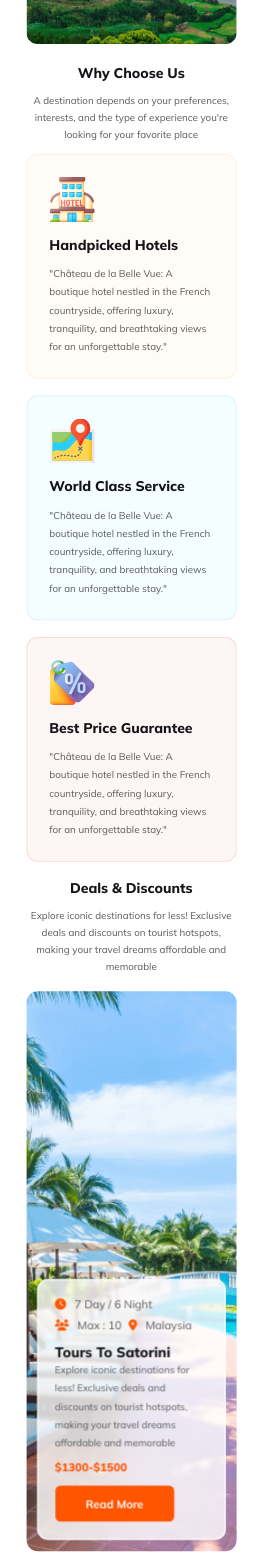
Repository: ShouravAhammed/Assignment-2
Page: index.html
These files come from the project's save history. The page is drawn as it stood at one moment and after the next save; the edit follows.
The browser window is 375 px wide. The pictures show the part of the page from y = 4260 to 6500 px (the page is 8802 px tall), at 70% of full size.
Some web libraries are served in a nearby version.

Above is the page before, as saved 2024-01-16 19:11:50.

After the next save:
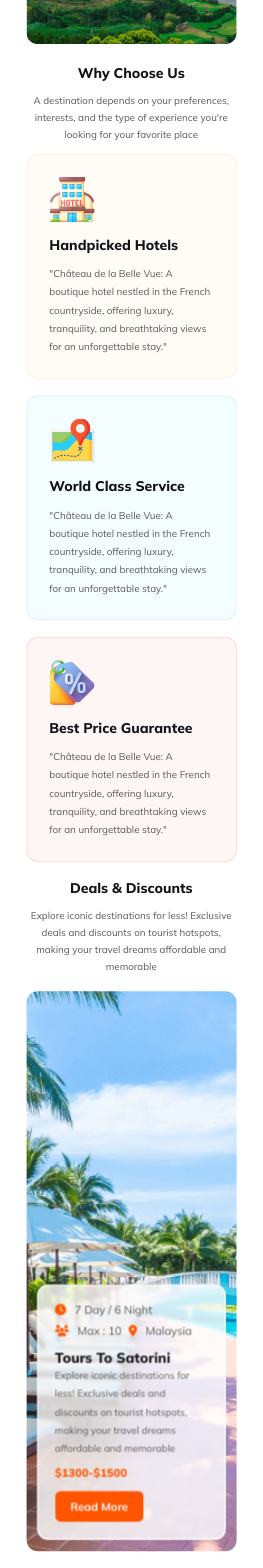
Saved 65 s later.
--- a/styles/style.css
+++ b/styles/style.css
@@ -582,6 +582,10 @@
         margin-bottom: 16px;
     }
 
+    .btn-size-customize{
+        padding: 10px 20px;
+    }
+
 
     /* place section css style */
     .place-container {
